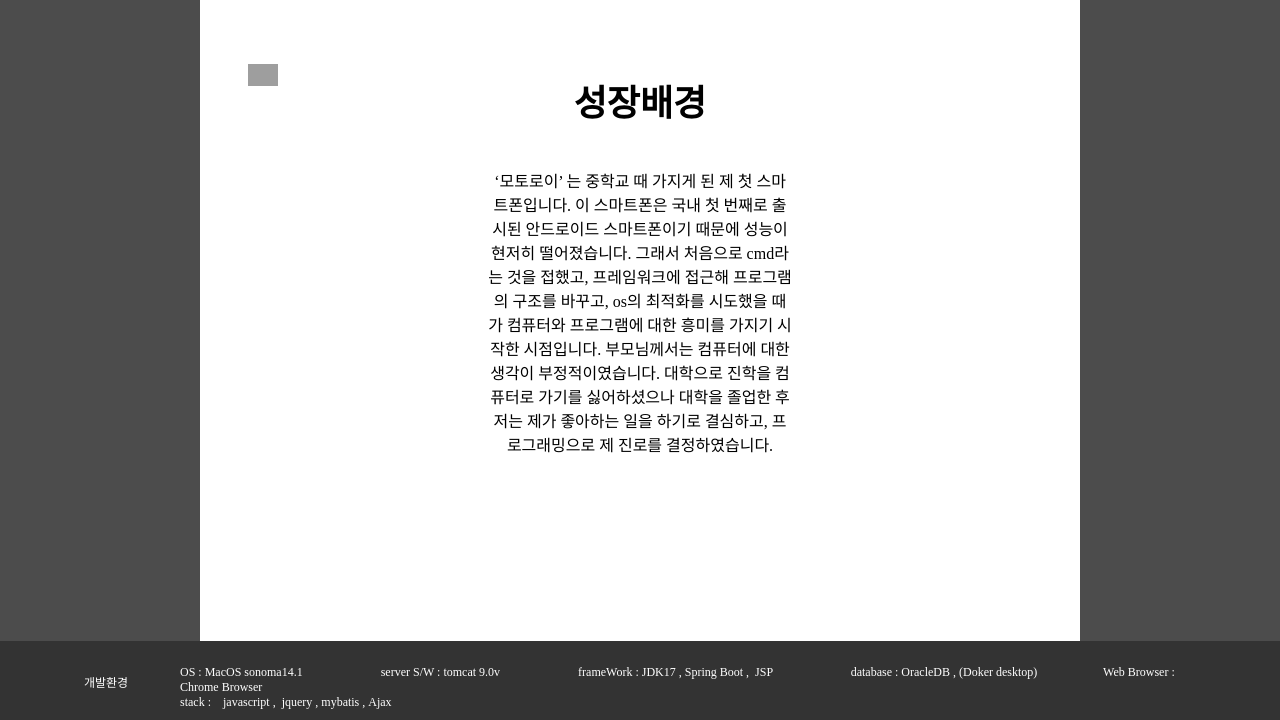
Repository: LeeHaNeul96/Leehaneul
Page: http://localhost/com.introduce/WEB-INF/views/more2.jsp
The author's editor kept a copy of each file at every save. The page is drawn from the files as they stood at one save, then again after the next save.
The browser window is 1280 px wide. The pictures show the whole page.
Pictures or frames that could not be fetched are drawn as grey boxes. The page is served by Tomcat 9. Nobody is signed in. The template is opened directly, without the code that normally fills it, so the values that code supplies are empty.

Above is the page before, as saved 2023-10-31 10:18:14.
Console error: ReferenceError: $h2Elements is not defined

### com.introduce/src/main/webapp/WEB-INF/views/more2.jsp
<%@ page language="java" contentType="text/html; charset=UTF-8"
    pageEncoding="UTF-8"%>
<!DOCTYPE html>
<html>
<head>
<meta charset="UTF-8">
<title>Insert title here</title>
<script src="https://code.jquery.com/jquery-3.6.0.min.js"></script>

<style type="text/css">
.footer {
	text-align: center;
	padding: 2em 0;
	background-color: #333;
	color: #fff;
	position: fixed;
	bottom: 0;
	left: 0; /* 왼쪽 위치를 0으로 설정합니다. */
	height: 15px;
	width: 100%;
	margin: 0; /* 마진을 0으로 설정합니다. */
}

.footer-dev {
	font-size: 12px;
	text-align: left;
	padding-left: 7em;
}

.footer-content {
	position: absolute; /* 절대 위치 설정 */
	top: 1em; /* 위쪽으로 1em 이동 */
	padding: 1em 8em; /* 양 옆 여백을 설정합니다. */
	height: 200px;
}

.container{
margin-top: 3em;
margin-bottom: 10em;

text-align: center;


}
.left-margin {
 background-color: rgba(0, 0, 0, 0.7); /* 알파 값을 조절하여 투명도 설정 */

    height: 100%;
    width: 200px; /* 원하는 너비로 조절하세요. */
    position: fixed;
    top: 0;
    left: 0;
    z-index: -1;
}

/* 오른쪽 여백 스타일 */
.right-margin {
 background-color: rgba(0, 0, 0, 0.7); /* 알파 값을 조절하여 투명도 설정 */
    height: 100%;
    width: 200px; /* 원하는 너비로 조절하세요. */
    position: fixed;
    top: 0;
    right: 0;
    z-index: -1;
}

h1 {
    font-size: 36px; /* 예를 들어, 원하는 크기로 설정 */
    transition: font-size 1s; /* 글씨 크기 변경에 애니메이션 적용 (선택사항) */
}
h2{
margin-top: 0;

}

.content{
text-align: center;
margin-right: 30em;
margin-left: 30em;
}
</style>
</head>
<body>
<script>
$(function() {
    // 모든 h2 태그를 선택하여 배열로 저장합니다.
    var $h1Elements = $("h1");

    // 초기에 모든 h2 태그의 크기를 설정합니다.
    $h1Elements.css("font-size", "36px");

    // 1초(1000 밀리초)마다 h2 태그 배열을 순회하면서 글꼴 크기를 작게 설정합니다.
    var index = 0;
    var interval = setInterval(function() {
        if (index < $h2Elements.length) {
            $h2Elements.eq(index).css("font-size", "25px");
            index++;
        } else {
            clearInterval(interval); // 모든 h2 태그를 처리하면 setInterval을 멈춥니다.
        }
    }, 20); // 1초마다 실행
});
</script>


<div class="left-margin"></div>
<div class="right-margin"></div>

<a href="/main/view"><img style="width:30px; text-align:left; margin-left:15em; margin-top: 3em; margin-bottom: -4em;" alt="" src="/images/free-icon-go-back-left-arrow-61022.png"></a>
<div class="container">
<h1> 성장배경 </h1><br>
<div class="content">
‘모토로이’ 는 중학교 때 가지게 된 제 첫 스마트폰입니다. 이 스마트폰은 국내 첫 번째로 출시된 안드로이드 스마트폰이기 때문에 성능이 현저히 떨어졌습니다. 그래서 처음으로 cmd라는 것을 접했고, 프레임워크에 접근해 프로그램의 구조를 바꾸고, os의 최적화를 시도했을 때가 컴퓨터와 프로그램에 대한 흥미를 가지기 시작한 시점입니다.
부모님께서는 컴퓨터에 대한 생각이 부정적이였습니다. 대학으로 진학을 컴퓨터로 가기를 싫어하셨으나 대학을 졸업한 후 저는 제가 좋아하는 일을 하기로 결심하고, 프로그래밍으로 제 진로를 결정하였습니다.
</div>
</div>



	<div class="footer">
		<div class="footer-dev">
			개발환경
			<div class="footer-content">
				OS : MacOS sonoma14.1
				&nbsp;&nbsp;&nbsp;&nbsp;&nbsp;&nbsp;&nbsp;&nbsp;&nbsp;&nbsp;&nbsp;&nbsp;&nbsp;&nbsp;&nbsp;&nbsp;&nbsp;&nbsp;&nbsp;&nbsp;&nbsp;&nbsp;&nbsp;&nbsp;
				server S/W : tomcat
				9.0v&nbsp;&nbsp;&nbsp;&nbsp;&nbsp;&nbsp;&nbsp;&nbsp;&nbsp;&nbsp;&nbsp;&nbsp;
				&nbsp;&nbsp;&nbsp;&nbsp;&nbsp;&nbsp;&nbsp;&nbsp;&nbsp;&nbsp;&nbsp;&nbsp;
				frameWork : JDK17&nbsp;,&nbsp;Spring Boot&nbsp;, &nbsp;JSP
				&nbsp;&nbsp;&nbsp;&nbsp;&nbsp;&nbsp;&nbsp;&nbsp;&nbsp;&nbsp;&nbsp;&nbsp;&nbsp;&nbsp;&nbsp;&nbsp;&nbsp;&nbsp;&nbsp;&nbsp;&nbsp;&nbsp;&nbsp;&nbsp;
				database : OracleDB&nbsp;,&nbsp;(Doker desktop)
				&nbsp;&nbsp;&nbsp;&nbsp;&nbsp;&nbsp;&nbsp;&nbsp;&nbsp;&nbsp;&nbsp;&nbsp;&nbsp;&nbsp;&nbsp;&nbsp;&nbsp;&nbsp;&nbsp;&nbsp;
				Web Browser : Chrome Browser<br> stack :&nbsp;&nbsp;&nbsp;
				javascript&nbsp;,&nbsp; jquery&nbsp;,&nbsp;mybatis&nbsp;,&nbsp;Ajax
			</div>
		</div>
	</div>
</body>
</html>

After the next save:
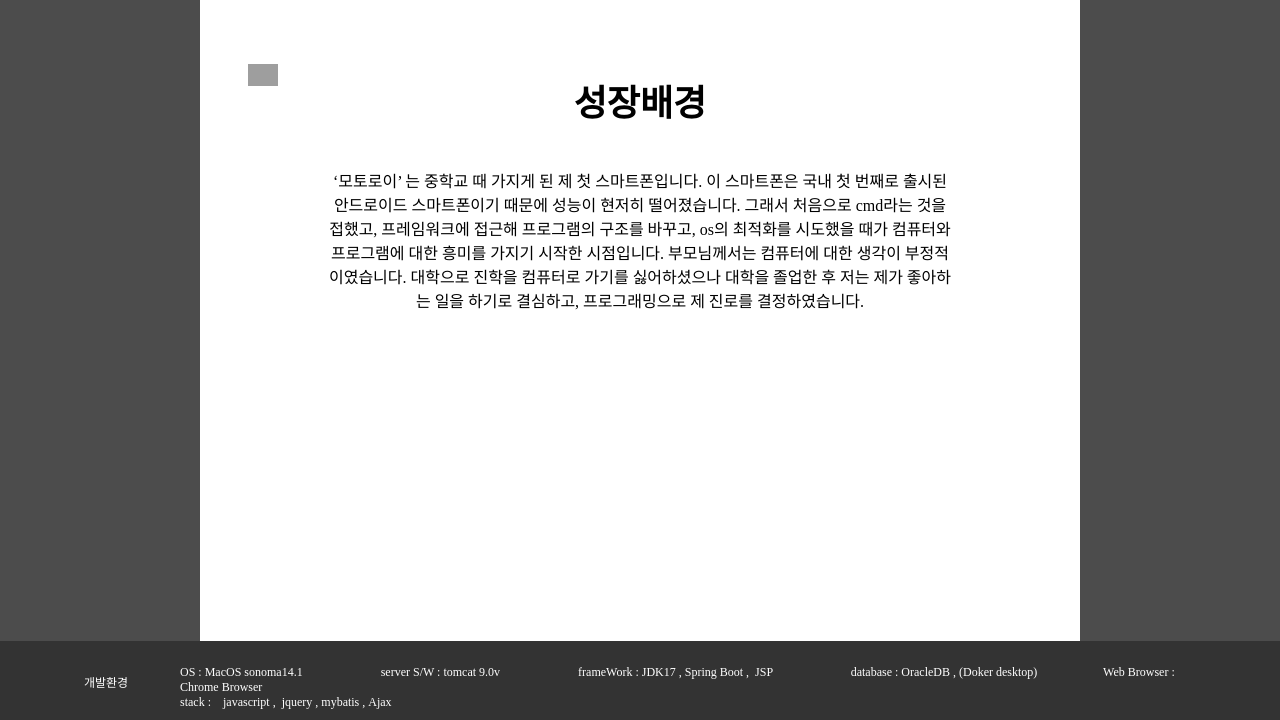
Saved 14 s later.
--- a/com.introduce/src/main/webapp/WEB-INF/views/more2.jsp
+++ b/com.introduce/src/main/webapp/WEB-INF/views/more2.jsp
@@ -75,8 +75,8 @@ margin-top: 0;
 
 .content{
 text-align: center;
-margin-right: 30em;
-margin-left: 30em;
+margin-right: 20em;
+margin-left: 20em;
 }
 </style>
 </head>
